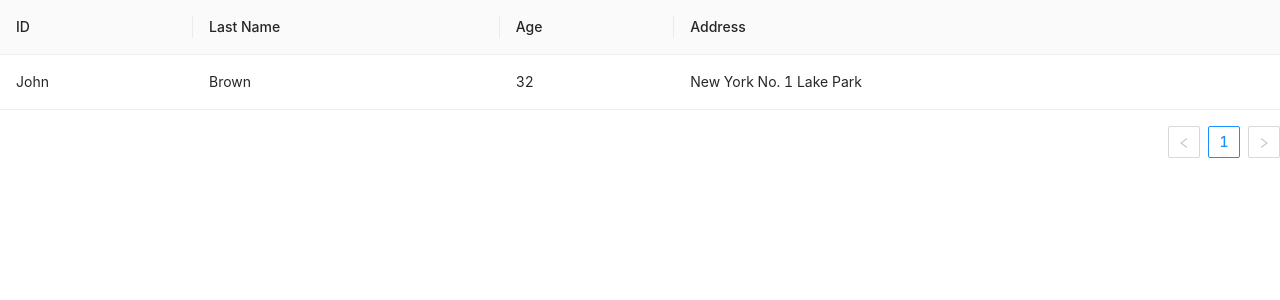
Repository: haminhdat1407/react-api-student
Page: /
These files come from the project's save history. The page is drawn as it stood at one moment and after the next save; the edit follows.
The browser window is 1280 px wide. The pictures show the whole page.
The page's requests for data from a server got no answer. The project was rebuilt for these pictures with package versions that can differ from the ones it lists, and the page was loaded fresh each time. No one was signed in, and anything a server would have sent is missing. Also part of the build but not shown: src/components/StudentList/style.css, src/styles.css.

Above is the page before, as saved 2022-03-12 19:17:33.

After the next save:
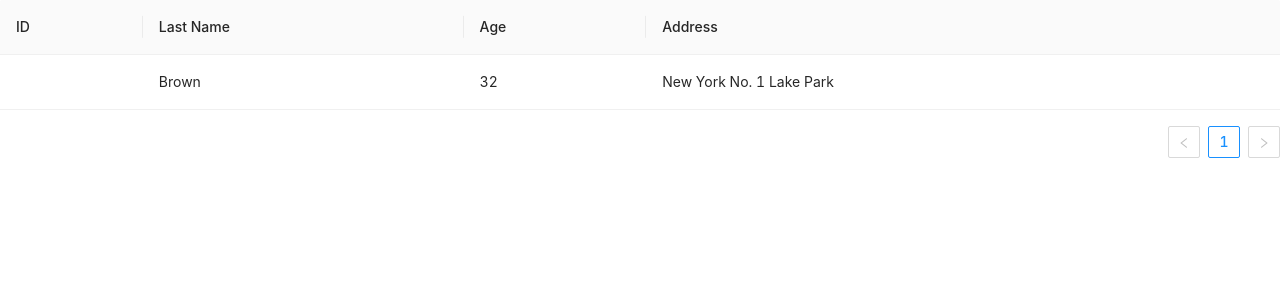
Saved 4 s later.
--- a/src/components/StudentList/index.jsx
+++ b/src/components/StudentList/index.jsx
@@ -30,7 +30,7 @@ function StudentList({ data, onRemove }) {
 
   return (
     <Table dataSource={dataStudents}>
-      <Column title='ID' dataIndex='firstName' key='firstName' />
+      <Column title='ID' dataIndex='id' key='id' />
       <Column title='Last Name' dataIndex='lastName' key='lastName' />
       <Column title='Age' dataIndex='age' key='age' />
       <Column title='Address' dataIndex='address' key='address' />
